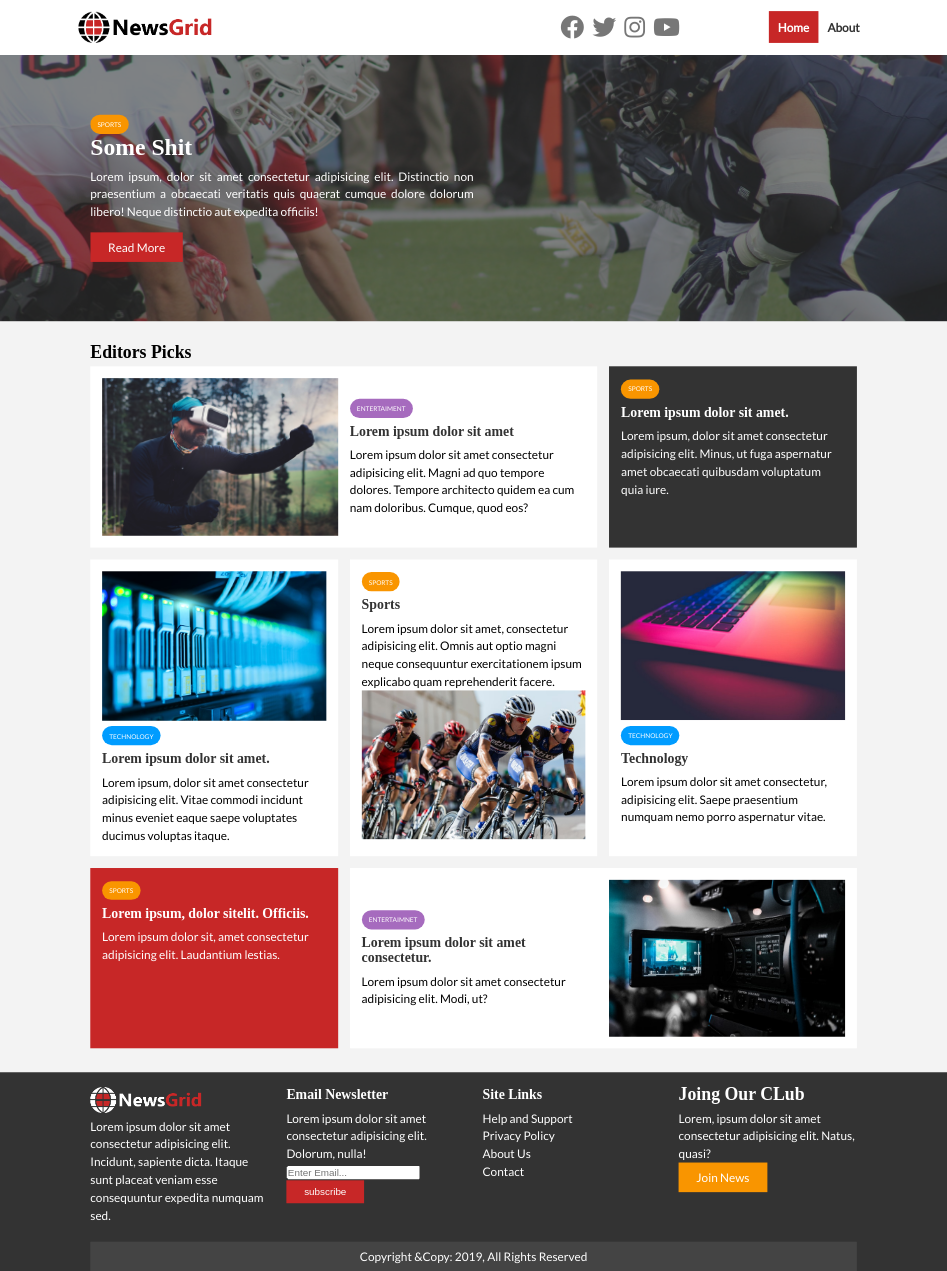
Repository: EswinGiova/NewsGrid
Page: index.html
An editor plug-in stored every save of this project. The page is shown before and after the next save, followed by the edit.
The browser window is 1280 px wide. The pictures show the whole page, at 74% of full size.
Some web libraries are served in a nearby version.

Above is the page before, as saved 2020-09-20 15:53:14.

After the next save:
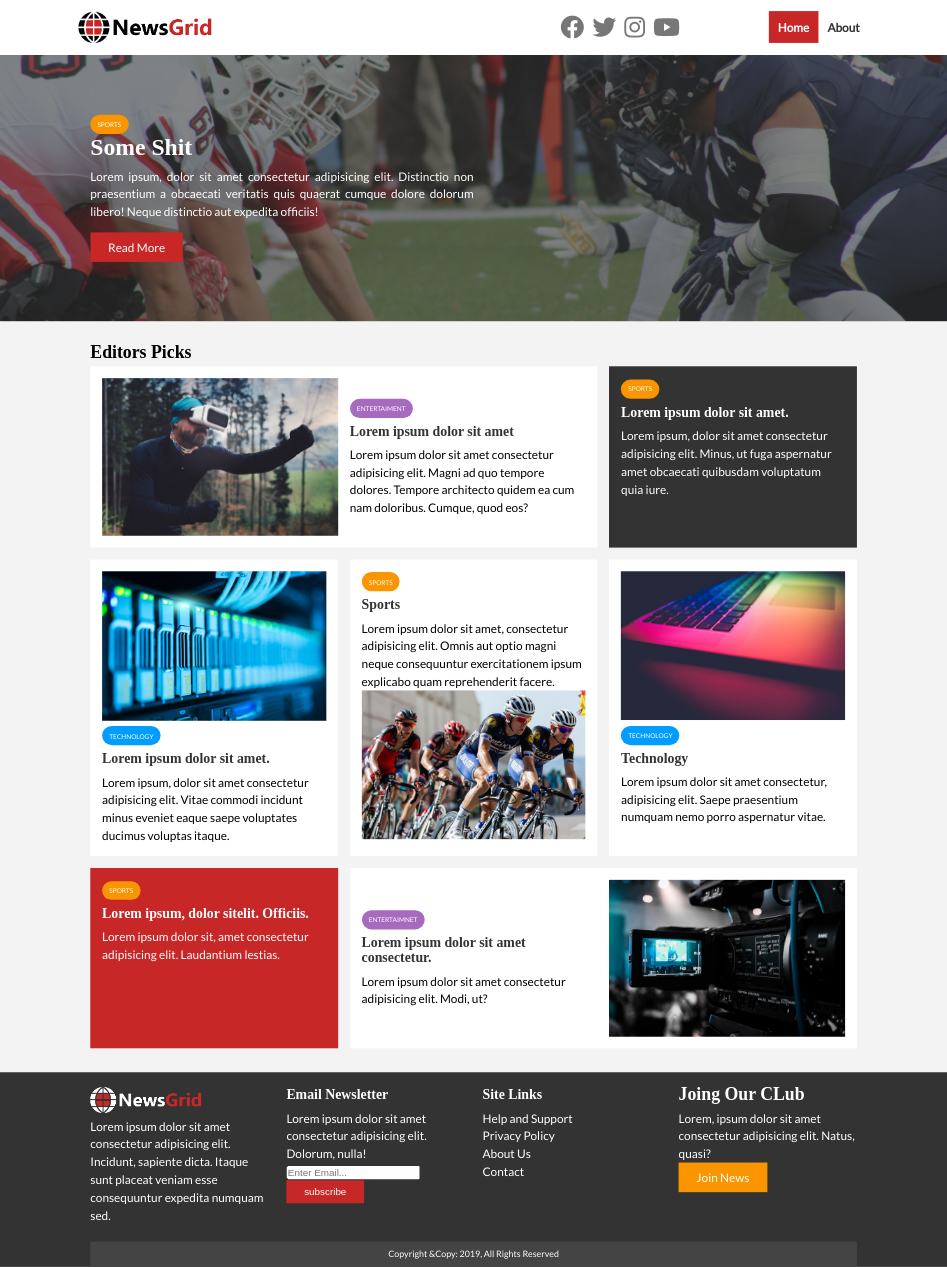
Saved 27 s later.
--- a/css/style.css
+++ b/css/style.css
@@ -282,5 +282,7 @@ h6 {
   grid-column: 1 / span 4;
   text-align: center;
   background: #444;
+
+  font-size: 0.75rem;
   padding: 0.5rem;
 }
